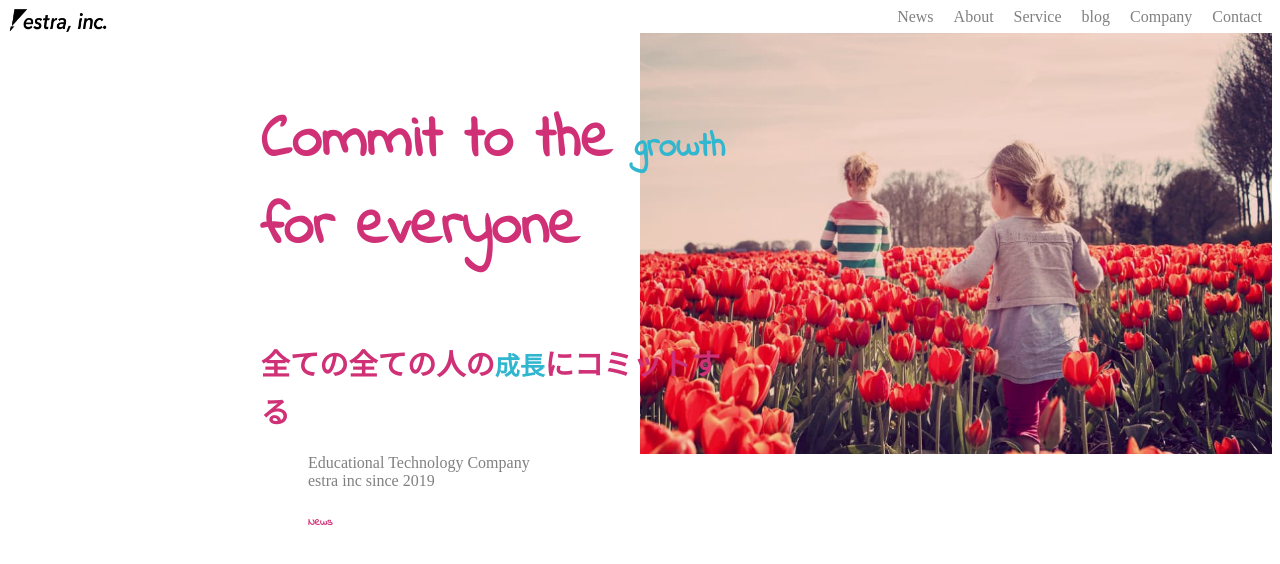
Repository: sigemasaasuka/20210902
Page: index.html
These files come from the project's save history. The page is drawn as it stood at one moment and after a run of saves; the edit follows.
The browser window is 1280 px wide. The pictures show the whole page.

Above is the page before, as saved 2021-09-08 17:31:41.

### index.html
<!DOCTYPE html>
<html lang="ja">

<head>
  <meta charset="UTF-8">
  <meta name="viewport" content="width=device-width, initial-scale=1.0">
  <title>Document</title>
  <link rel="stylesheet" href="css/style.css">
  <link rel="preconnect" href="https://fonts.googleapis.com">
  <link rel="preconnect" href="https://fonts.gstatic.com" crossorigin>
  <link href="https://fonts.googleapis.com/css2?family=Indie+Flower&display=swap" rel="stylesheet">
</head>

<body>
  <div class="flex">
    <img src="img/img/estra_logo.png" alt="estra_logo" width="100px" height="25px">
    <div class="parent">
      <div class="child">News</div>
      <div class="child">About</div>
      <div class="child">Service</div>
      <div class="child">blog</div>
      <div class="child">Company</div>
      <div class="child">Contact</div>

    </div>
  </div>
  <div class="relative">
    <img class="relative__img" src="img/img/firstview.jpg" alt="firstview">
    <div class="example">
      <h1>Commit to the <span class="document"> growth</span> <br>for everyone</h1>
      <div class="example-txt">
        <h3>全ての全ての人の<span class="document-txt">成長</span>にコミットする</h3>
      </div>
    </div>
    <p class="subtitle">Educational Technology Company<br>estra inc since 2019</p>
    <div class="smlltitle">
    <h6>News</h6>
    </div>
   </div>
　</div>

</body>

</html>

### css/style.css
.img {
  text-align: left;
}

.parent {
  display: flex;
  text-align: right;
  color: gray;
}

.child {
  margin: 0 10px;
}
.flex {
  display: flex;
  justify-content: space-between;
}

.relative {
  position: relative;
}

.relative__img {
  margin: 0 0 0 auto;
  display: block;
  width: 50%;
}

.example {
  position: absolute;
  top: 5%;
  left: 20%;
  font-size: 30px;
  color: #cf3076;
  font-family: "Indie Flower", cursive;
}

.document {
  top: 5%;
  left: 10%;
  font-size: 35px;
  color: #30b6cf;
  font-family: "Indie Flower", cursive;
}

.example-txt {
  position: absolute;
  top: 100%;
  left: 0%;
  font-size: 25px;
  color: #cf3076;
  font-family: "Indie Flower", cursive;
}

.document-txt {
  top: 100%;
  left: 0%;
  font-size: 25px;
  color: #30b6cf;
  font-family: "Indie Flower", cursive;
}

.subtitle {
  margin: 0px 300px;
  color: gray;
}

.smlltitle {
  color: #cf3076;
  font-family: "Indie Flower", cursive;
  margin-left: 300px;
}

After the next 2 saves:
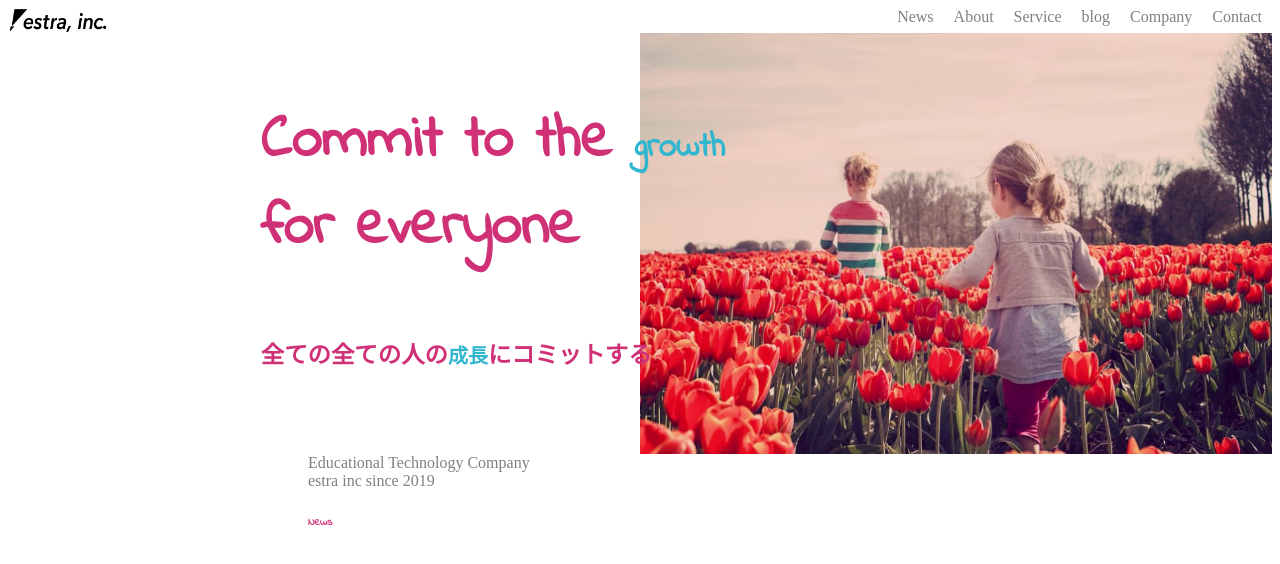
The 2 saves are shown as one change because they came seconds apart.
The last was saved 14 s later.
--- a/css/style.css
+++ b/css/style.css
@@ -47,7 +47,7 @@
   position: absolute;
   top: 100%;
   left: 0%;
-  font-size: 25px;
+  font-size: 20px;
   color: #cf3076;
   font-family: "Indie Flower", cursive;
 }
@@ -55,7 +55,7 @@
 .document-txt {
   top: 100%;
   left: 0%;
-  font-size: 25px;
+  font-size: 20px;
   color: #30b6cf;
   font-family: "Indie Flower", cursive;
 }
